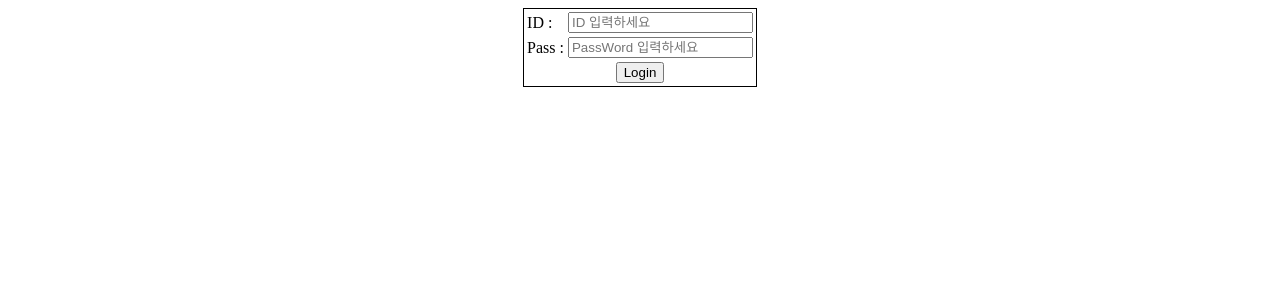
Repository: p2terkim/servletWork
Page: http://localhost/servletTest/sessionLogin.do
The author's editor kept a copy of each file at every save. The page is drawn from the files as they stood at one save, then again after the next save.
The browser window is 1280 px wide. The pictures show the whole page.
The page is served by Tomcat 9.

Above is the page before, as saved 2021-05-19 08:08:05.

After the next save:
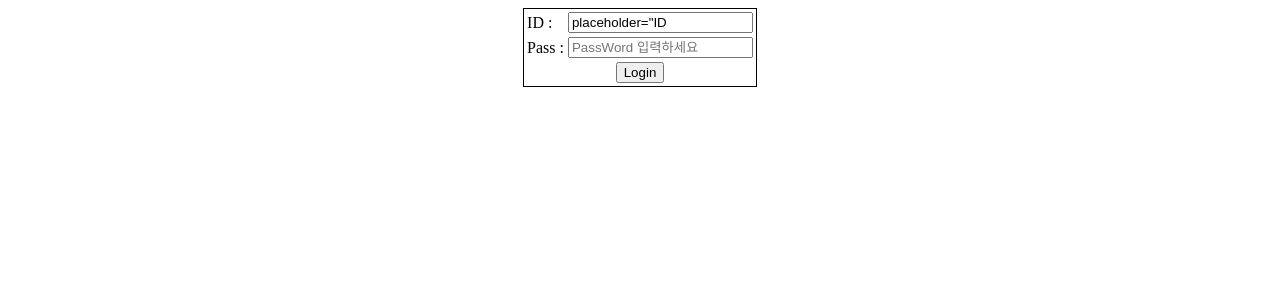
Saved 2 min 22 s later.
--- a/servletTest/WebContent/basic/04/sessionLogin.jsp
+++ b/servletTest/WebContent/basic/04/sessionLogin.jsp
@@ -22,7 +22,7 @@ String id = (String)sessionLog.getAttribute("userid");
 <table style="border:1px solid; margin:0 auto;">
 <tr>
 	<td>ID : </td>
-	<td><input type="text" name="userid" placeholder="ID 입력하세요"></td>
+	<td><input type="text" name="userid" value= placeholder="ID 입력하세요"></td>
 </tr>
 <tr>
 	<td>Pass : </td>
